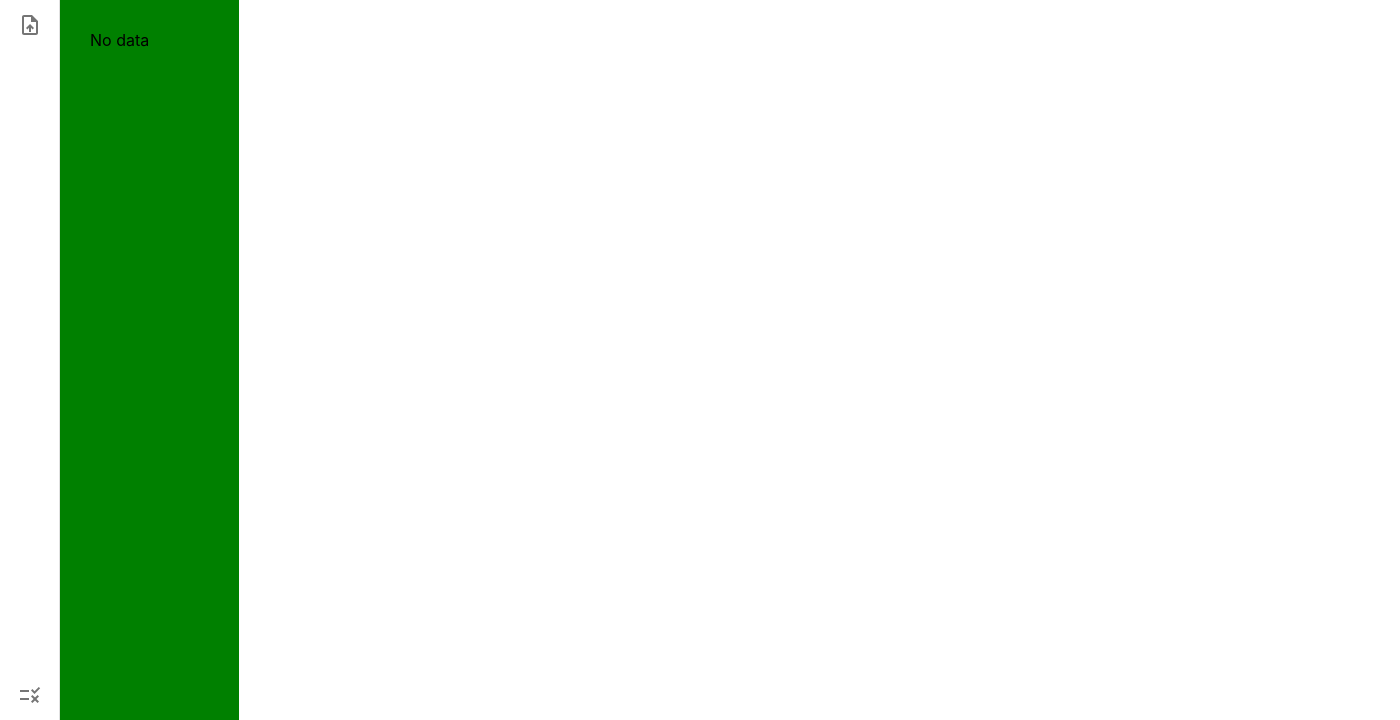
Repository: imark00/sbolInsight_frontend
Page: /
These files come from the project's save history. The page is drawn as it stood at one moment and after the next save; the edit follows.
The browser window is 1280 px wide. The page is 1280 px wide, then 1400 px, then 1280 px, so the pictures cover 1400 px, including what lies to the right of the window. The pictures show the whole page.
The project was rebuilt for these pictures with package versions that can differ from the ones it lists, and the page was loaded fresh each time. Also part of the build but not shown: src/App.css.

Above is the page before, as saved 2024-08-18 05:31:25.

After the next save:
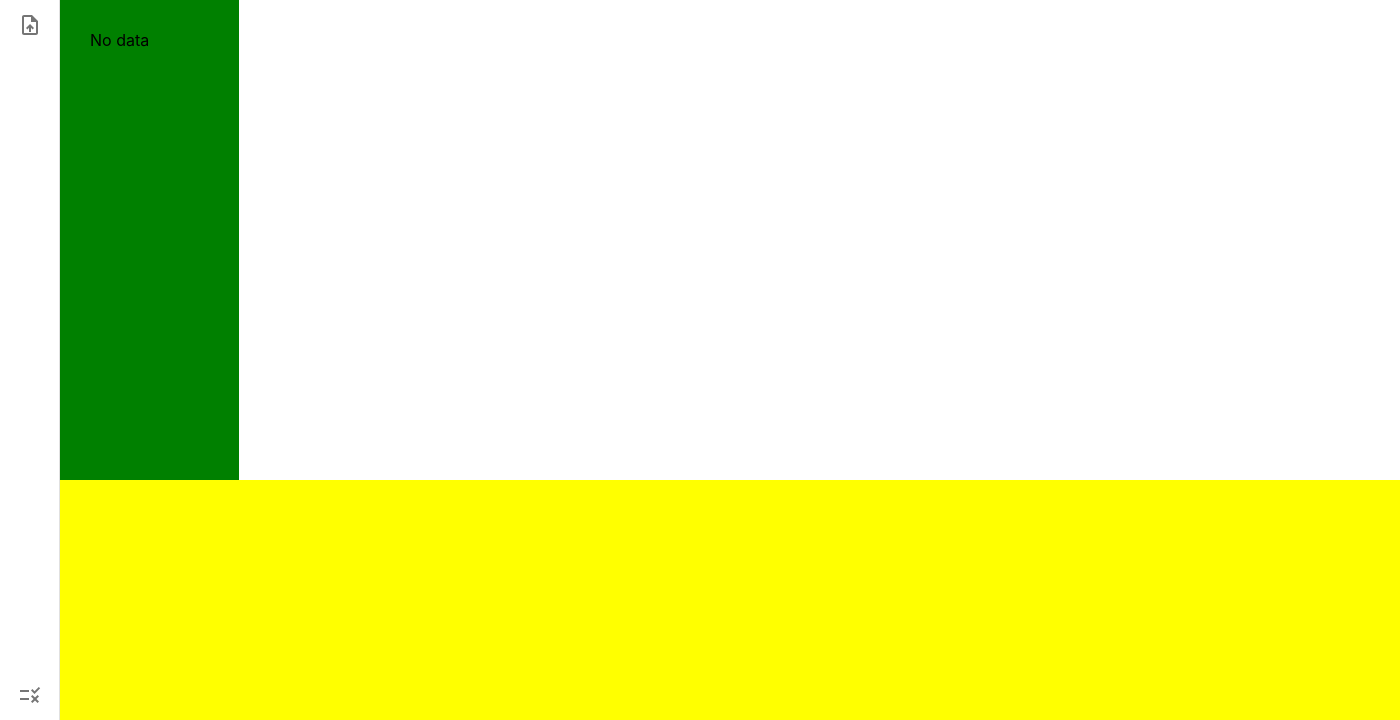
Saved 12 s later.
--- a/src/sbolInsight.js
+++ b/src/sbolInsight.js
@@ -153,7 +153,19 @@
                 </Box>
 
                 {/* Validation results view */}
-
+                <Box
+                    sx={{
+                        width: '100%',
+                        height: '180px',
+                        background: 'yellow',
+                        padding: '30px',
+                        position: "absolute",
+                        bottom: "0%",
+
+                    }}
+                >
+
+                </Box>
             </Box>
 
 

After the save that followed:
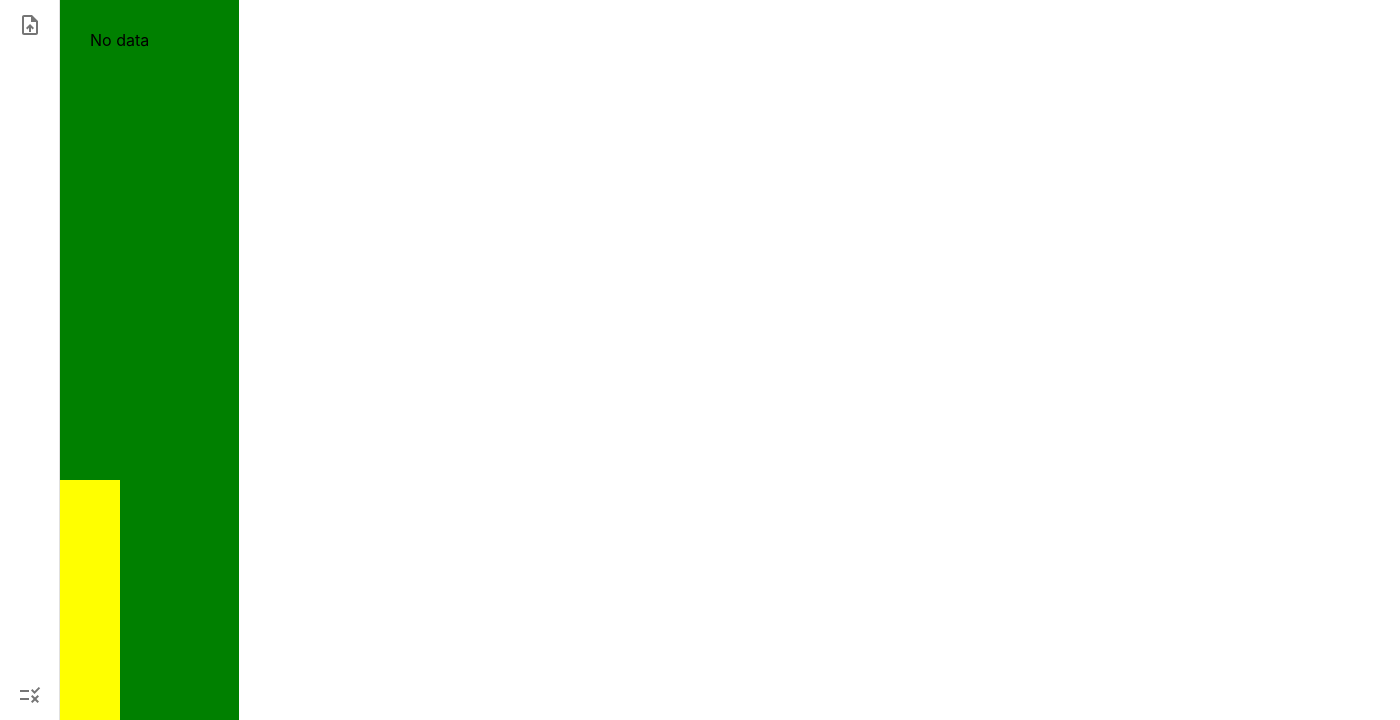
Saved 31 s later.
--- a/src/sbolInsight.js
+++ b/src/sbolInsight.js
@@ -155,7 +155,7 @@
                 {/* Validation results view */}
                 <Box
                     sx={{
-                        width: '100%',
+
                         height: '180px',
                         background: 'yellow',
                         padding: '30px',
